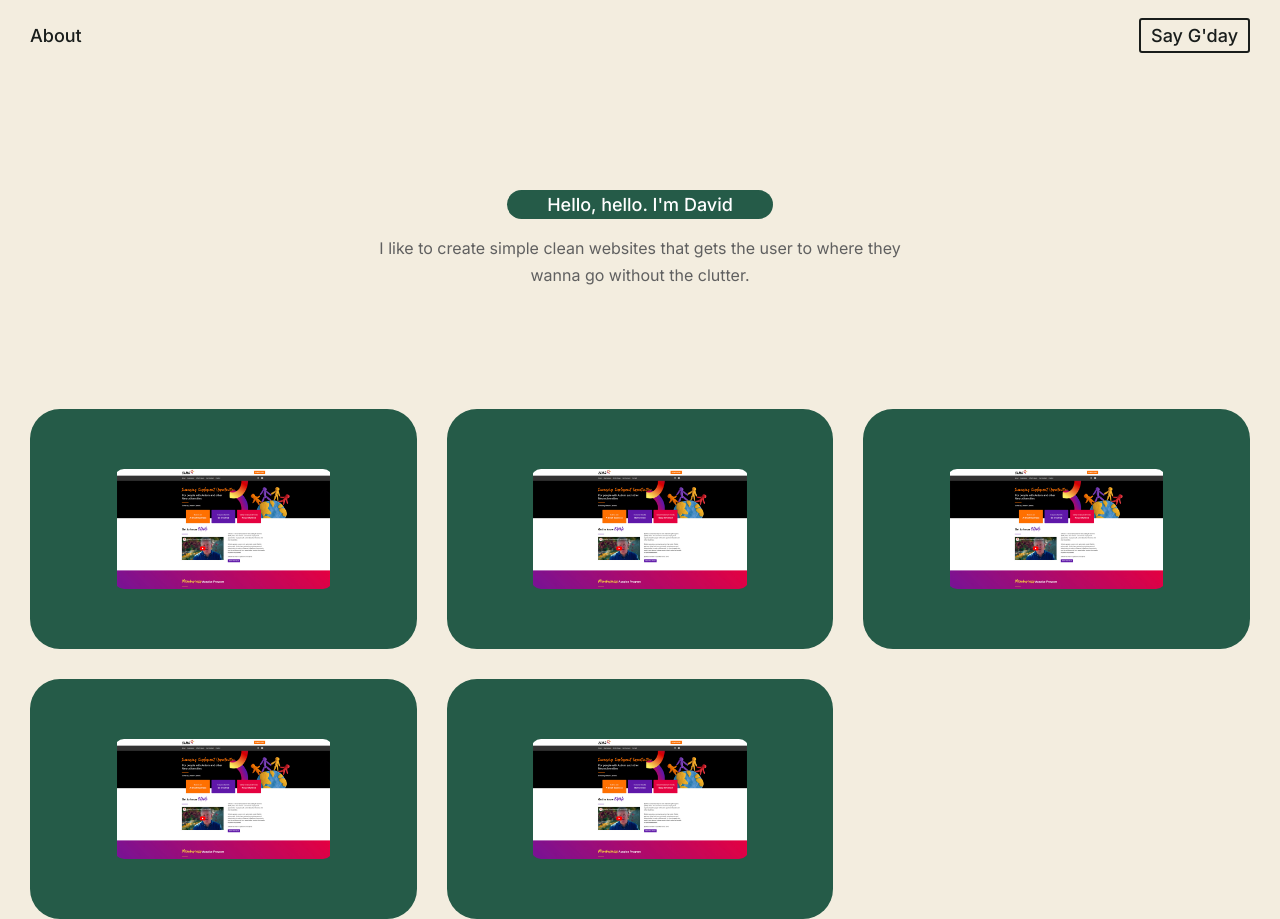
Repository: David-Waite/David-Waite-Portfolio
Page: /
The author's editor kept a copy of each file at every save. The page is drawn from the files as they stood at one save, then again after the next save.
The browser window is 1280 px wide. The pictures show the whole page.
The project was rebuilt for these pictures with package versions that can differ from the ones it lists, and the page was loaded fresh each time. The framework's server and built-in components were replaced by stand-ins that run in the browser. Also part of the build but not shown: next.config.js.

Above is the page before, as saved 2023-07-26 13:25:50.

After the next save:
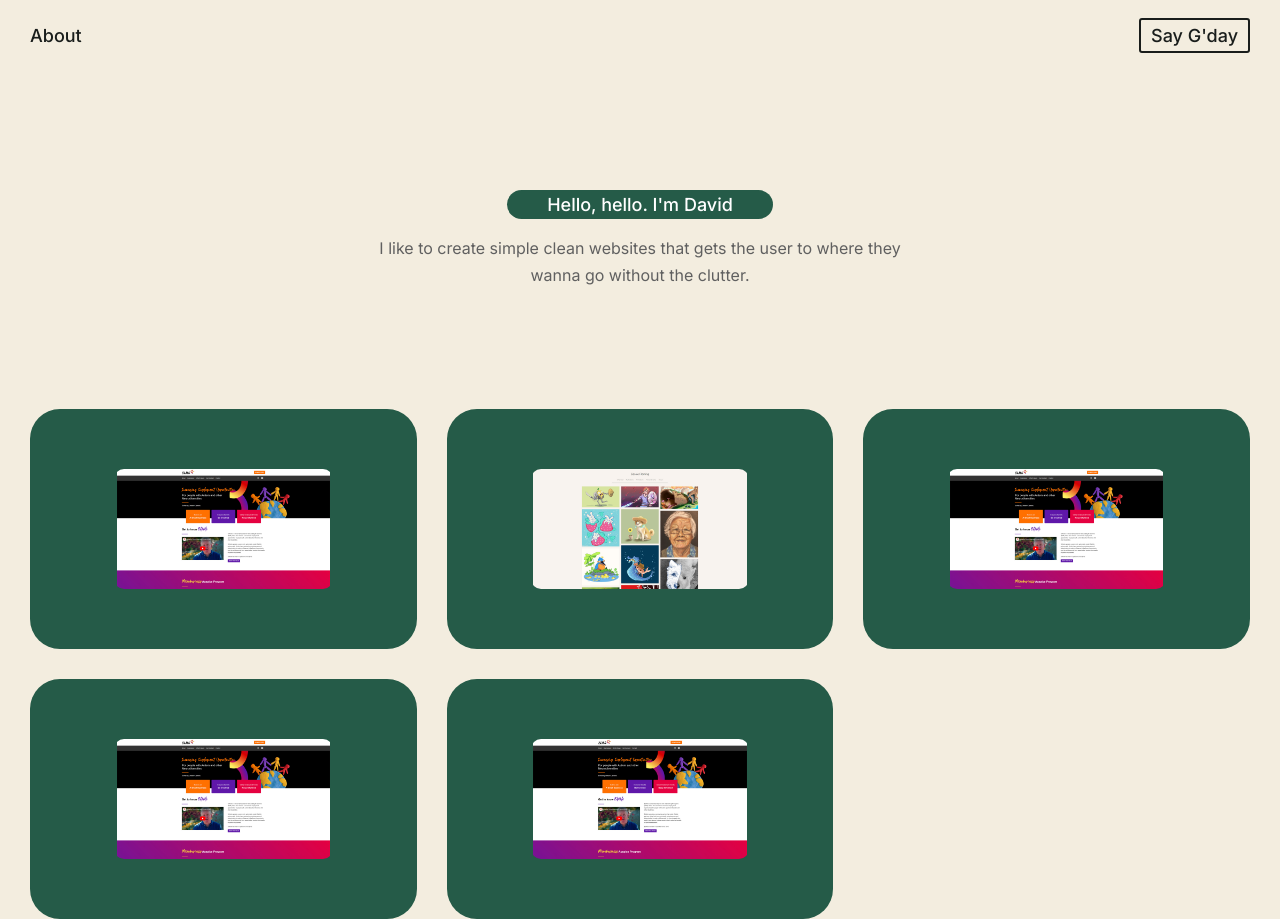
Saved 26 s later.
--- a/app/components/Nav/Home/Projects/Projects.tsx
+++ b/app/components/Nav/Home/Projects/Projects.tsx
@@ -14,7 +14,7 @@ export default function About() {
       madeWith: ["Next.Js", "Contentful"],
     },
     {
-      image: "/Edable.jpg",
+      image: "/CassieFleming.jpg",
       imageAlt: "Edable Home",
       link: "www.edable.org.au",
       description:
